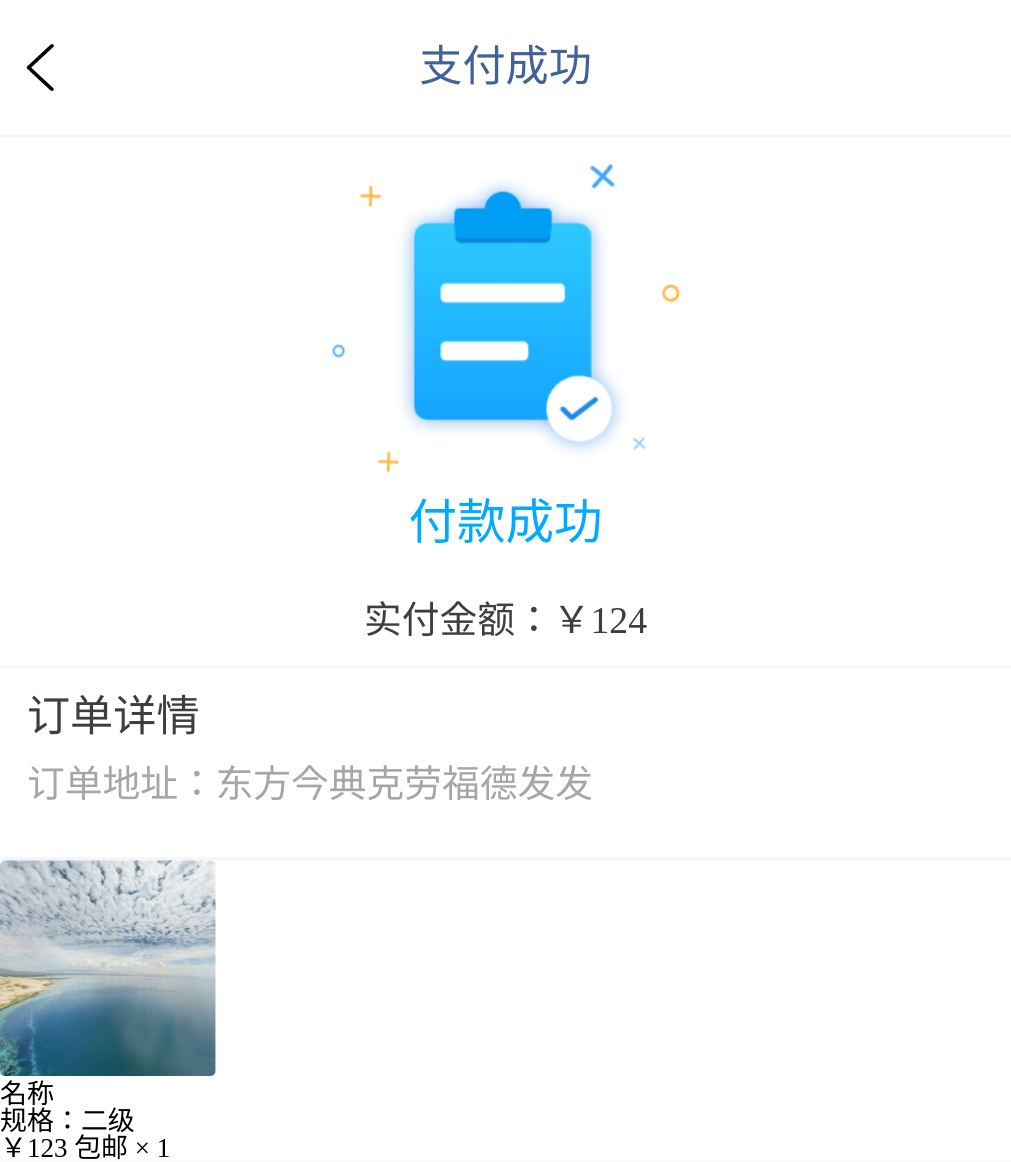
Repository: 421538074/sell
Page: consumer/pay-success.html
An editor plug-in stored every save of this project. The page is shown before and after the next save, followed by the edit.
The browser window is 1280 px wide. The pictures show the whole page, at 79% of full size.

Above is the page before, as saved 2019-05-31 15:17:14.

After the next save:
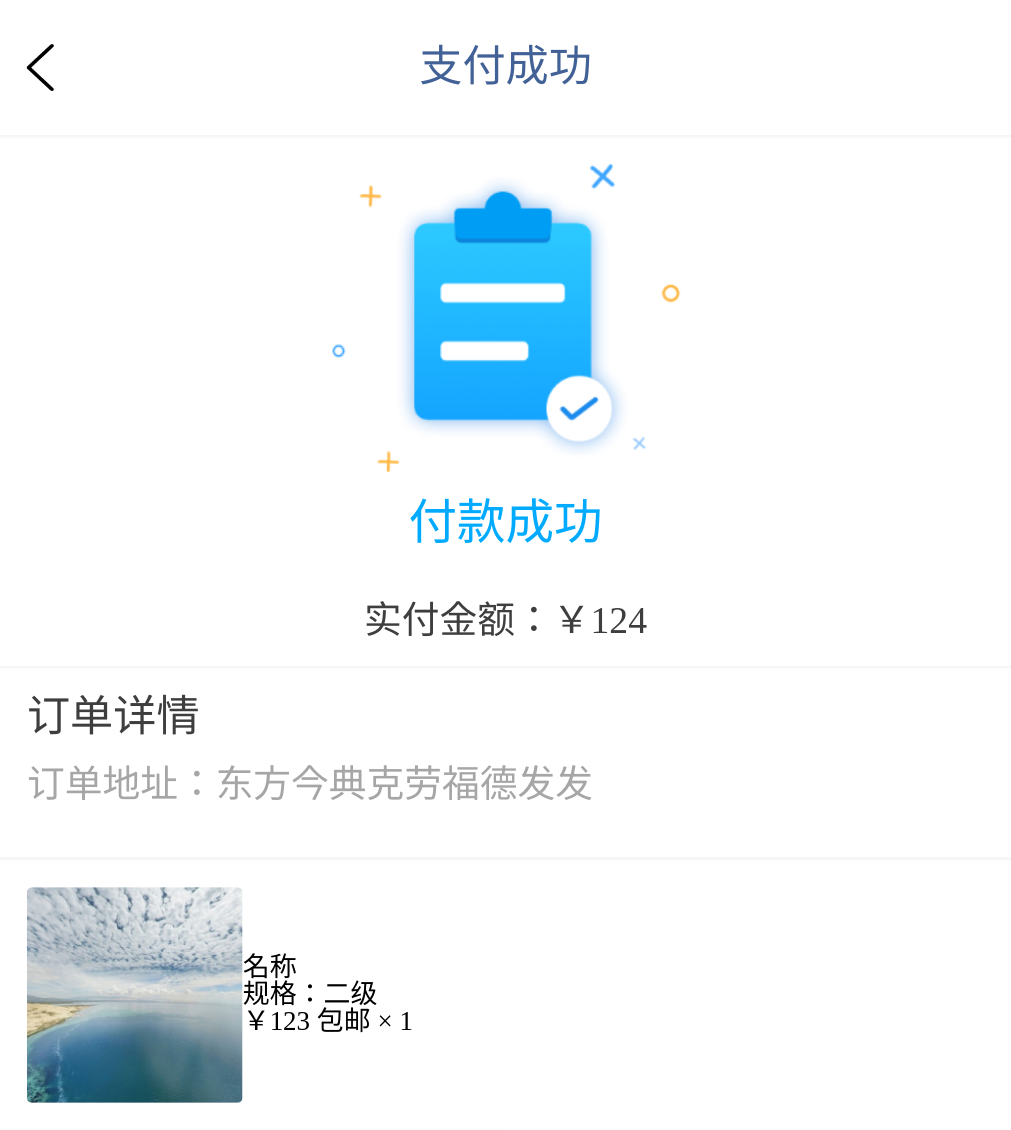
Saved 26 s later.
--- a/consumer/css/pay-success.css
+++ b/consumer/css/pay-success.css
@@ -47,3 +47,8 @@ img.goods-icon {
     height: 8rem;
     border-radius: 0.2rem;
 }
+li.order-item {
+    display: flex;
+    align-items: center;
+    padding: 1rem;
+}
